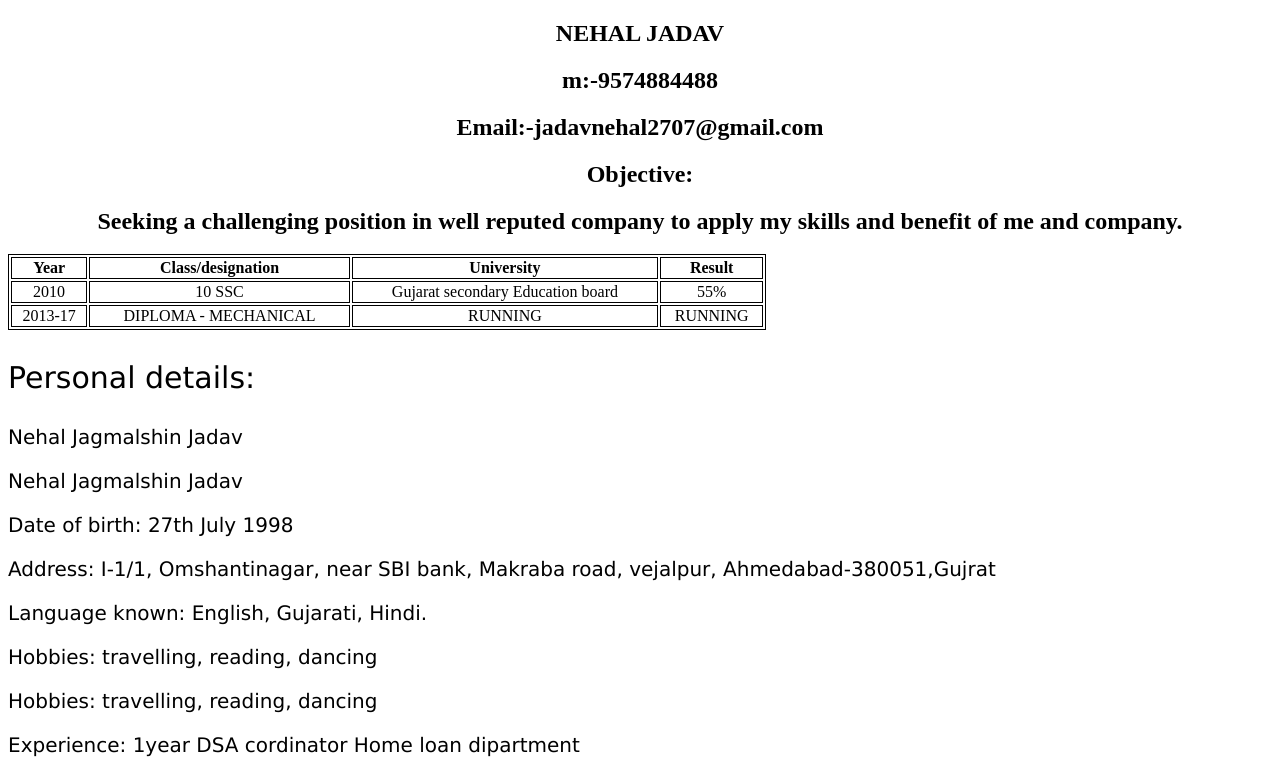
Repository: pratixa-chauhan/practice
Page: resume.html
These files come from the project's save history. The page is drawn as it stood at one moment and after the next save; the edit follows.
The browser window is 1280 px wide. The pictures show the whole page.

Above is the page before, as saved 2021-12-21 11:44:33.

After the next save:
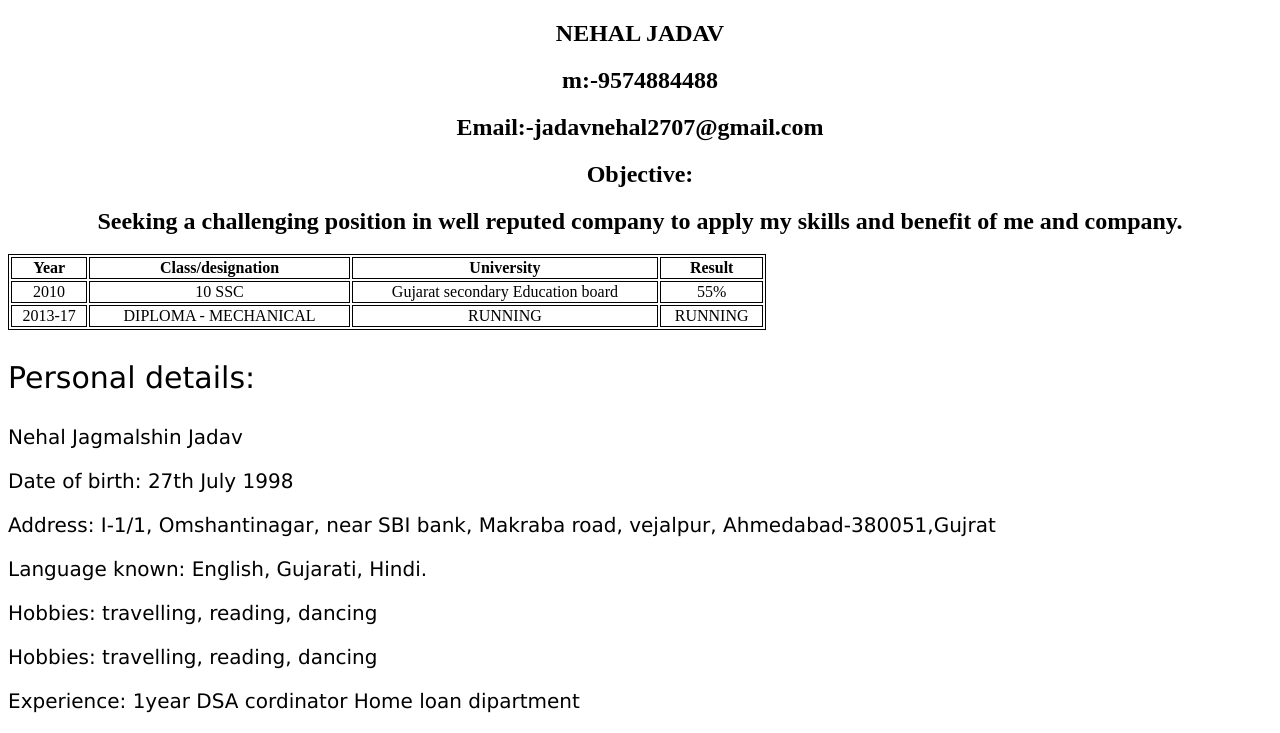
Saved 32 s later.
--- a/resume.html
+++ b/resume.html
@@ -71,7 +71,7 @@
 
         <p id="para1 name"> Nehal Jagmalshin Jadav
         </p>
-        <p> Nehal Jagmalshin Jadav</p>
+
 
         <p>Date of birth: 27th July 1998
         </p>
